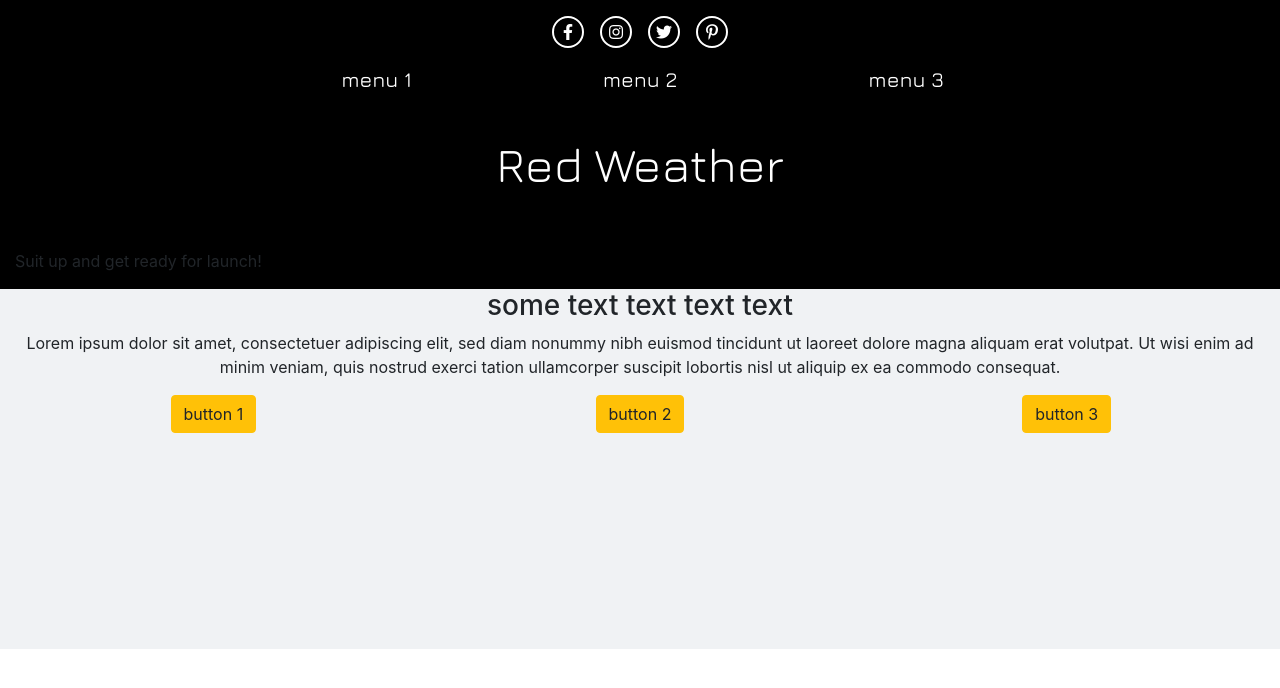
Repository: romqrq/Red-Planet-Explorer
Page: index.html
The author's editor kept a record of every edit. The page is drawn from the files as they stood at one moment, then again after the next edit.
The browser window is 1280 px wide. The pictures show the whole page.
The page's requests for data from a server got no answer. Some web fonts or font styles are not loaded; a fallback is used. Some web libraries are served in a nearby version.

Above is the page before.

After the next edit:
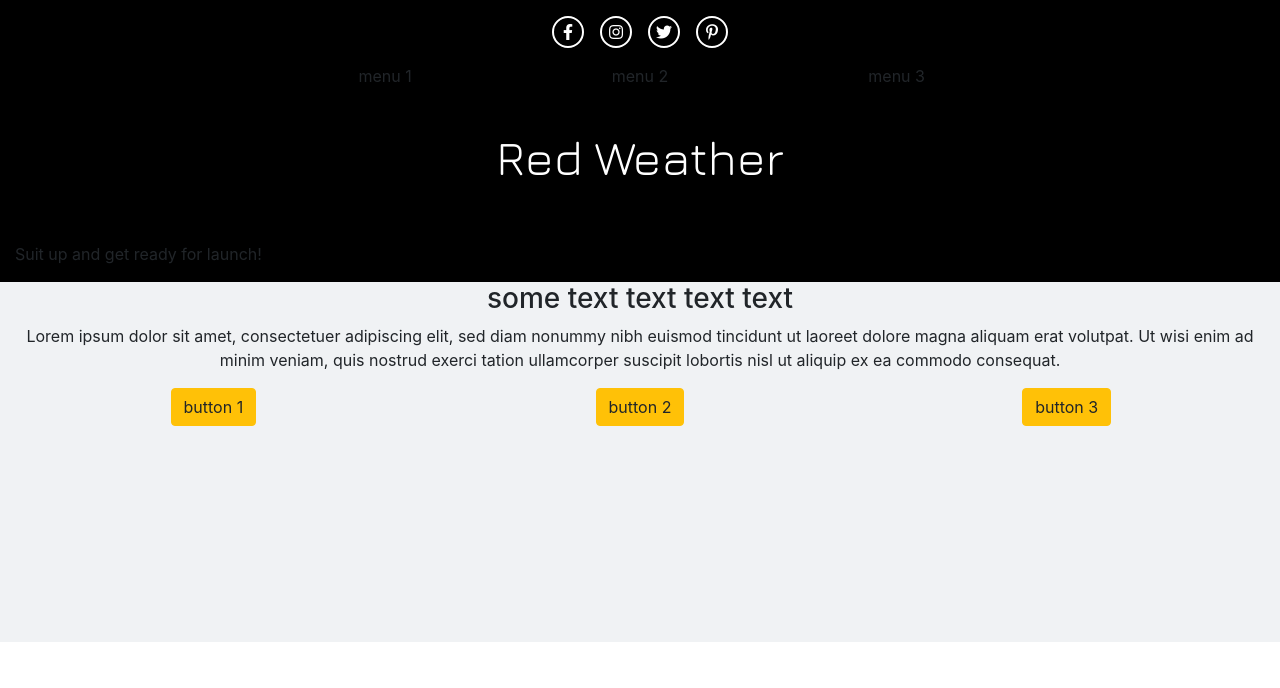
The edit:
--- a/index.html
+++ b/index.html
@@ -27,9 +27,9 @@
                 </div>
             </div>
             <div class="row" role="navigation">
-                <a class="col-4 text-right menu-button" href="#">menu 1</a>
-                <a class="col-4 text-center menu-button" href="#">menu 2</a>
-                <a class="col-4 text-left menu-button" href="#">menu 3</a>
+                <a class="col-4 text-right main-text-light" href="#">menu 1</a>
+                <a class="col-4 text-center main-text-light" href="#">menu 2</a>
+                <a class="col-4 text-left main-text-light" href="#">menu 3</a>
             </div>
             <hr class="hr-divider">
             <div class="row">
